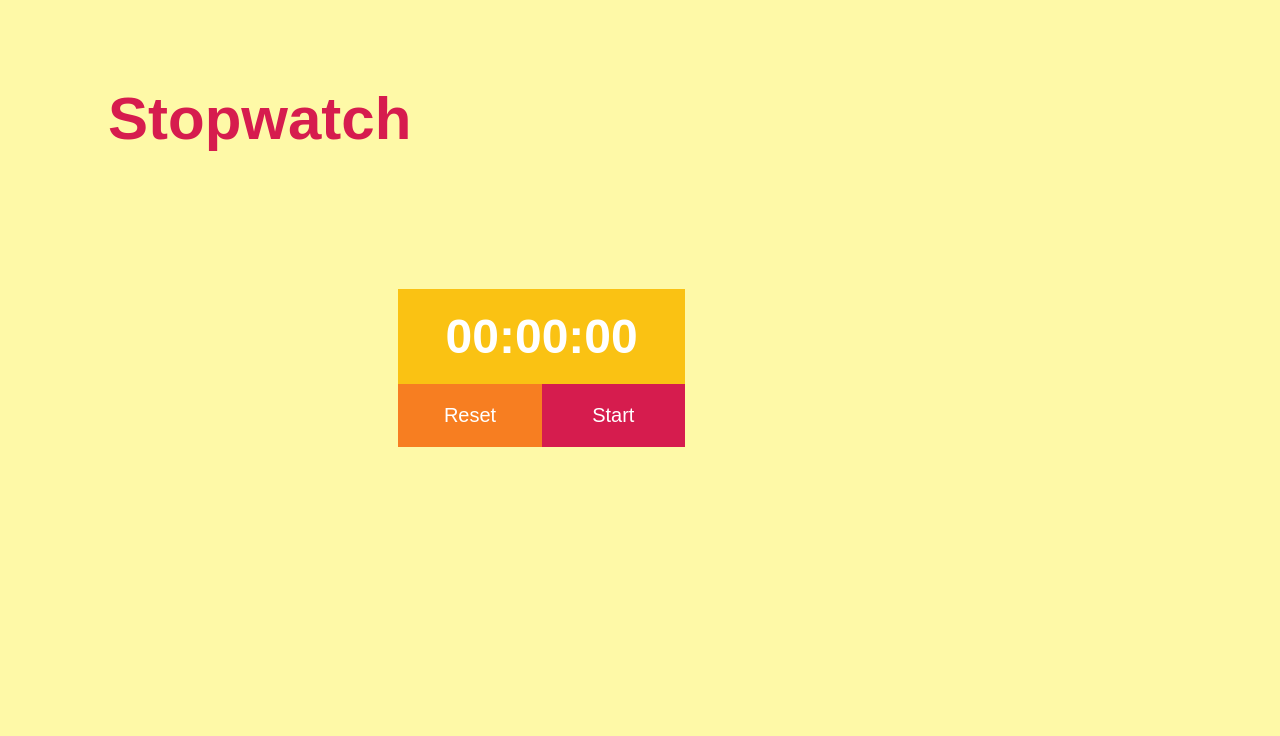
Repository: pilar122/stopwatch
Page: index.html
The author's editor kept a copy of each file at every save. The page is drawn from the files as they stood at one save, then again after the next save.
The browser window is 1280 px wide. The pictures show the whole page.

Above is the page before, as saved 2022-06-19 13:10:28.

After the next save:
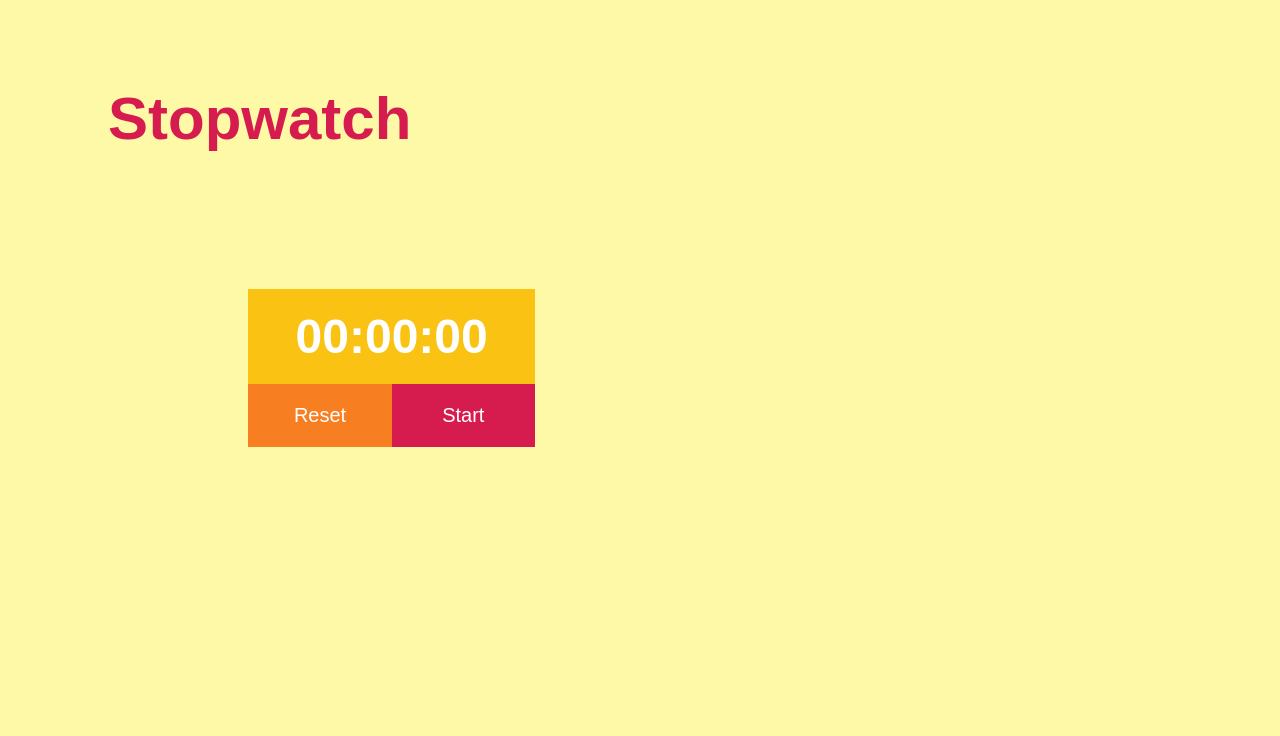
Saved 11 s later.
--- a/stopwatch.css
+++ b/stopwatch.css
@@ -57,7 +57,7 @@
     color: #D61C4E;
     font-size: 30px;
     margin-top: -500px;
-    margin-right: -700px;
+    margin-right: -1000px;
   }
 
   /* HEADER */
